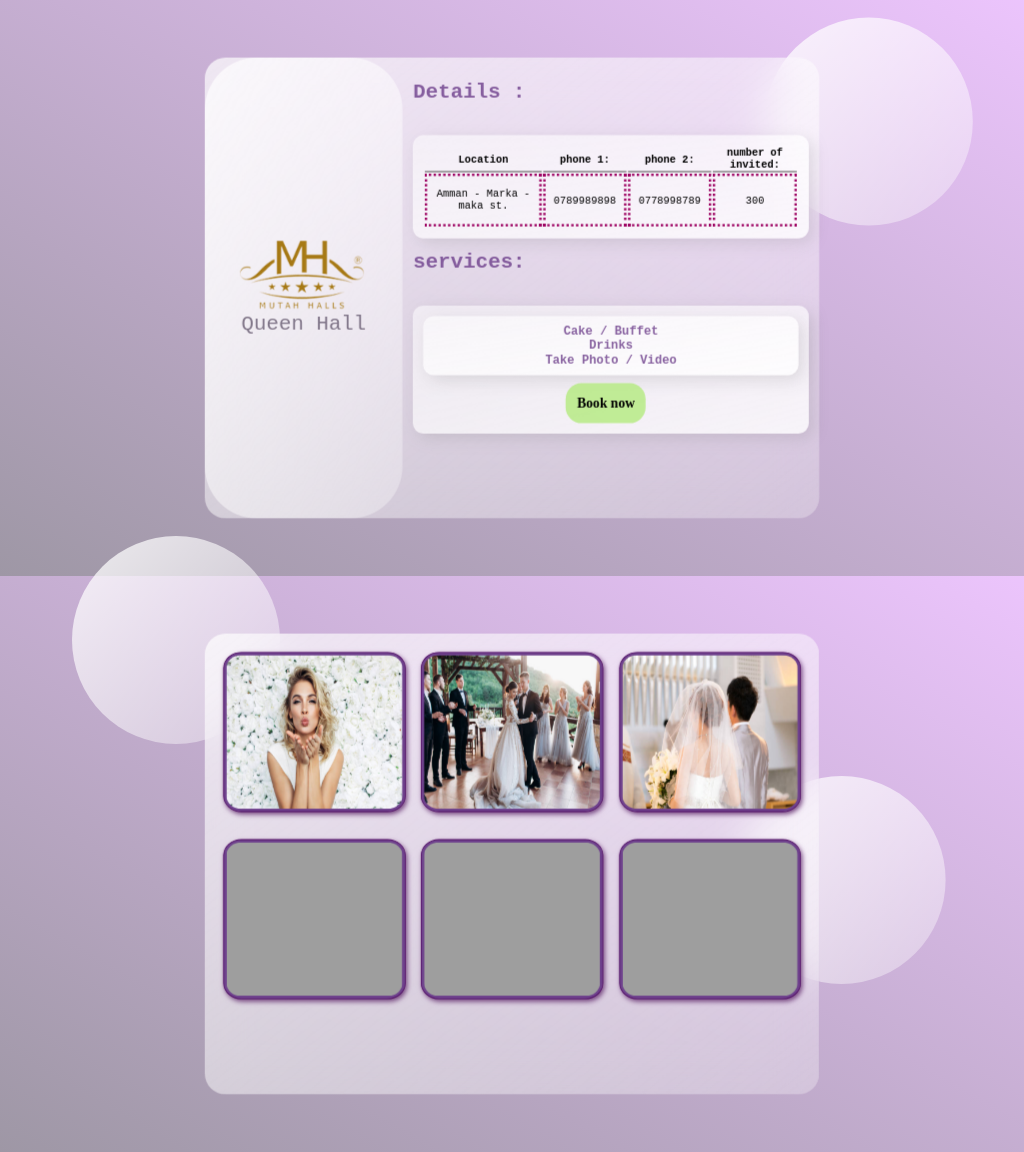
Repository: special4Party/Graduation-project-wedding-hall
Page: include/temp/hall_profile.html
An editor plug-in stored every save of this project. The page is shown before and after the next save, followed by the edit.
The browser window is 1280 px wide. The pictures show the whole page, at 80% of full size.
Pictures or frames that could not be fetched are drawn as grey boxes.

Above is the page before, as saved 2022-04-30 00:47:52.

After the next save:
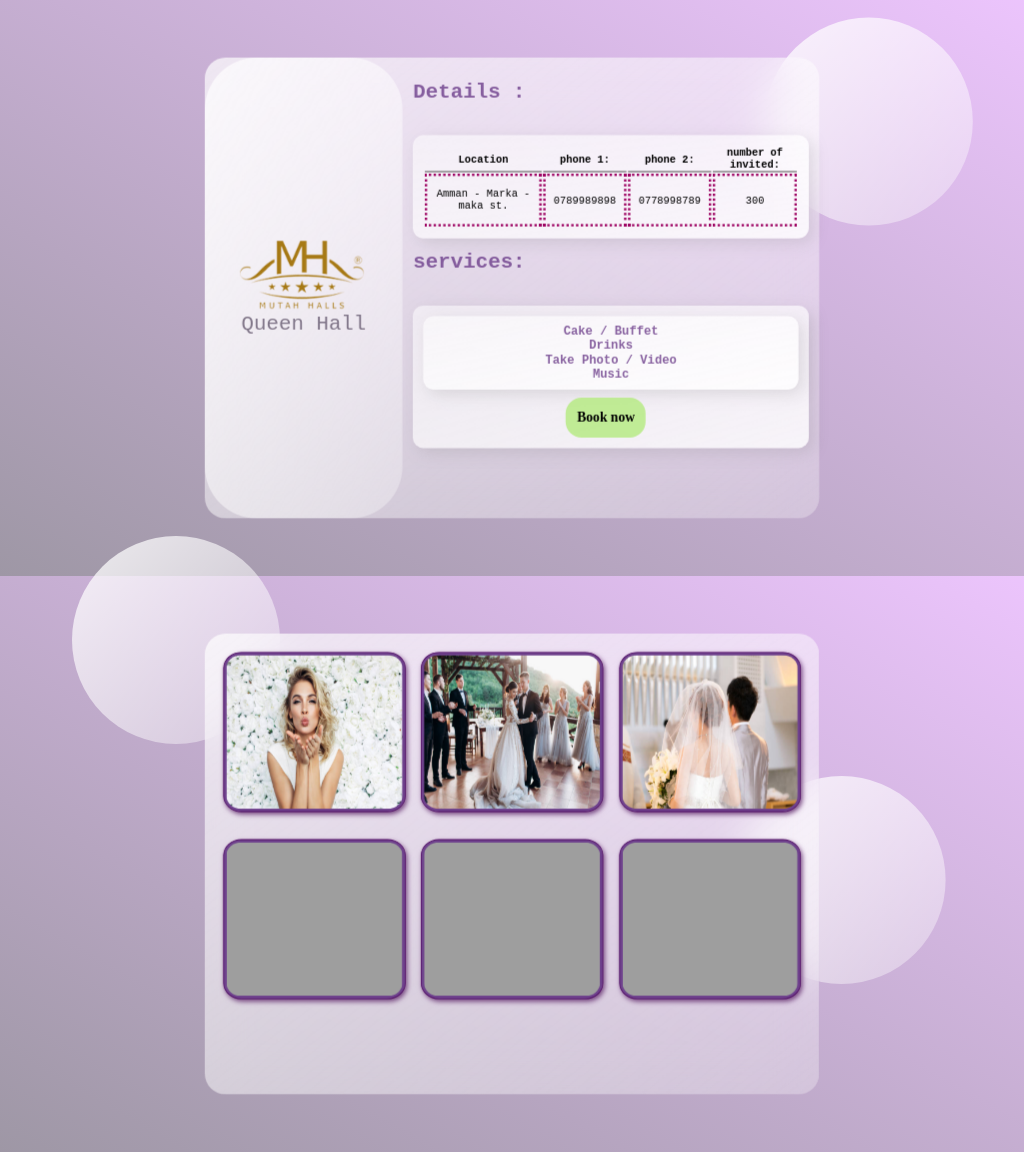
Saved 31 s later.
--- a/include/temp/hall_profile.html
+++ b/include/temp/hall_profile.html
@@ -55,6 +55,7 @@
                         <h3>Cake / Buffet</h3>
                         <h3>Drinks</h3>
                         <h3>Take Photo / Video</h3>
+                        <h3>Music</h3>
                     </div>
                 </div>
                 <button class="btn">Book now</button>
